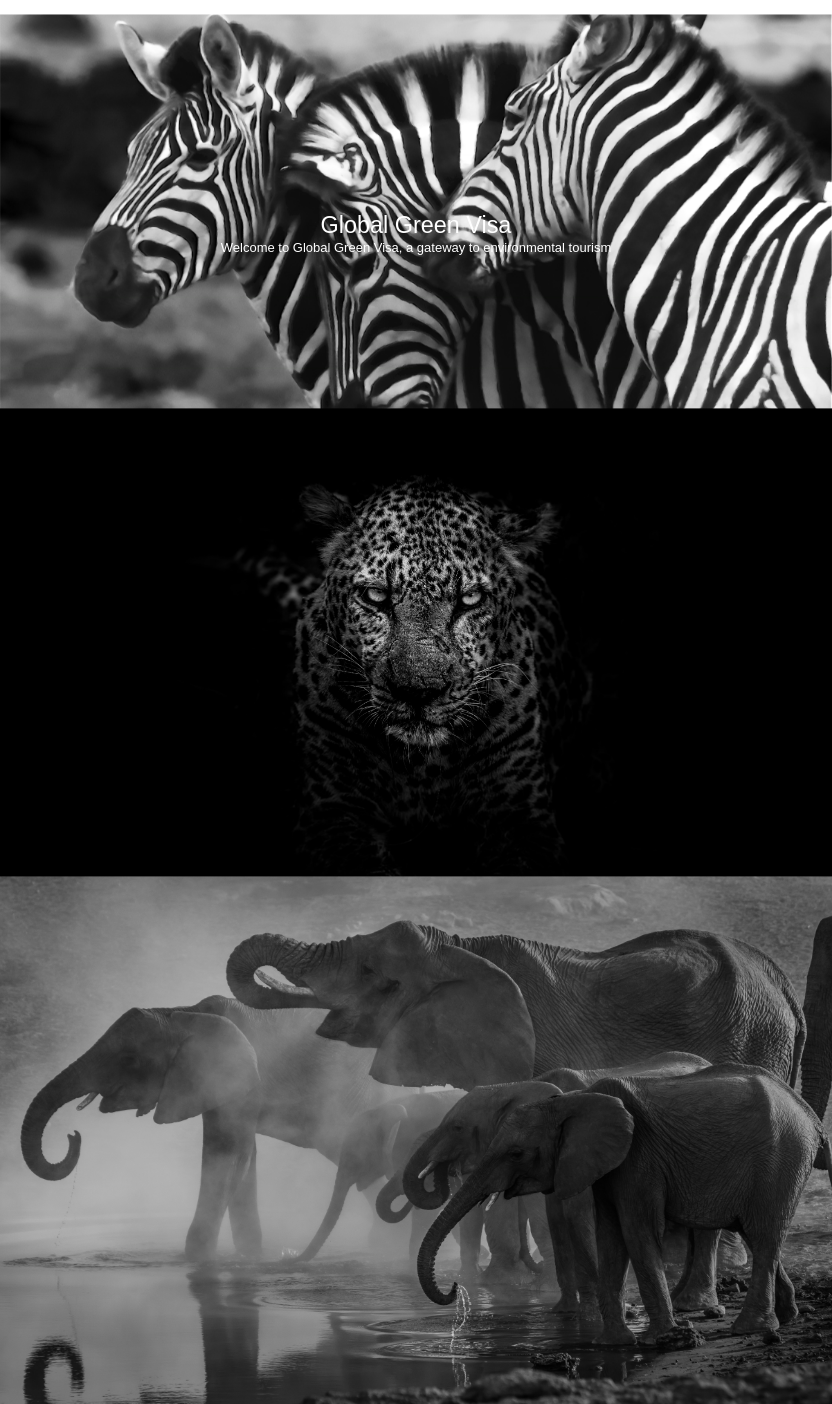
Repository: BrightonMboya/ggv-landingPage
Page: /
These files come from the project's save history. The page is drawn as it stood at one moment and after the next save; the edit follows.
The browser window is 1280 px wide. The pictures show the whole page, at 65% of full size.
An inner scrolling area shows only its first screen. The project was rebuilt for these pictures with package versions that can differ from the ones it lists, and the page was loaded fresh each time. The framework's server and built-in components were replaced by stand-ins that run in the browser. Also part of the build but not shown: next.config.js.

Above is the page before, as saved 2022-06-13 21:04:00.

After the next save:
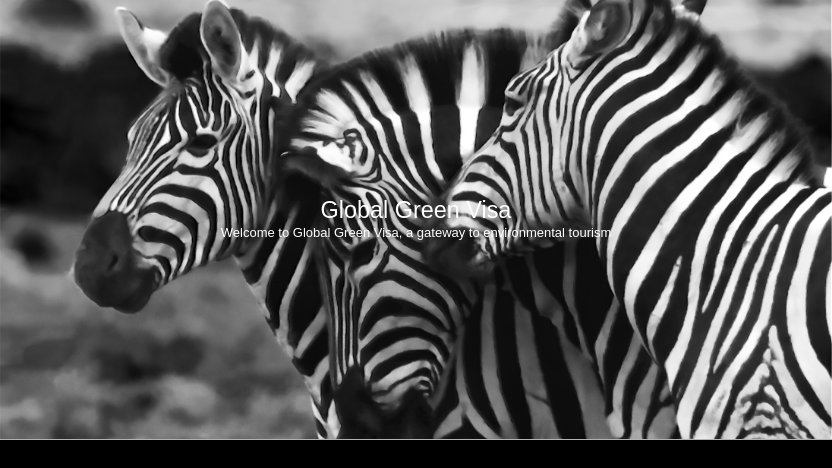
Saved 18 s later.
--- a/styles/Home.module.css
+++ b/styles/Home.module.css
@@ -6,7 +6,7 @@
   /* border: 2px solid yellow; */
 }
 .section {
-  height: 100vh;
+  /* height: 100vh; */
   display: flex;
   justify-content: center;
   align-items: center;
@@ -16,7 +16,7 @@
 .container {
   scroll-snap-type: y mandatory;
   overflow-y: scroll;
-  /* height: 100vh; */
+  height: 100vh;
   /* border: 2px solid red; */
 }
 
